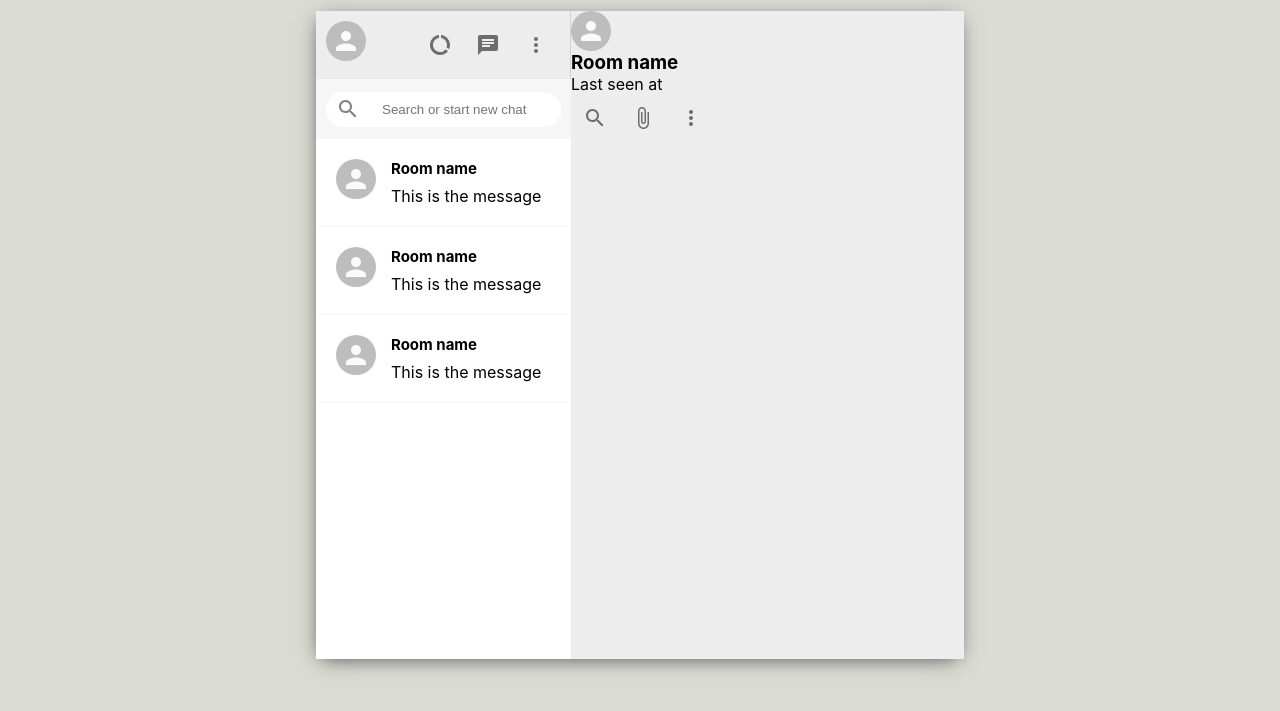
Repository: SayedJamil/WhatsappClone
Page: /
These files come from the project's save history. The page is drawn as it stood at one moment and after a run of saves; the edit follows.
The browser window is 1280 px wide. The pictures show the whole page.
The project was rebuilt for these pictures with package versions that can differ from the ones it lists, and the page was loaded fresh each time.

Above is the page before, as saved 2021-06-23 12:11:56.

After the next 6 saves:
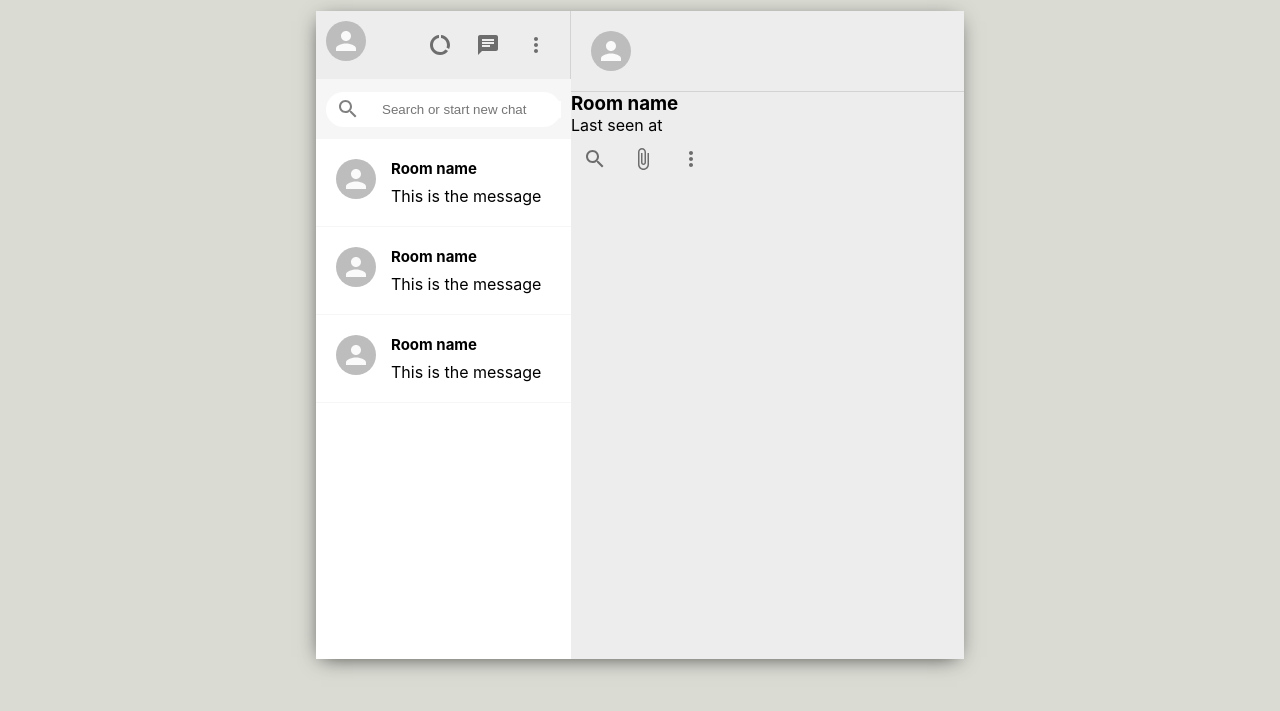
The 6 saves are shown as one change because they came seconds apart.
The last was saved 16 s later.
--- a/src/Chat.css
+++ b/src/Chat.css
@@ -7,7 +7,8 @@
 .chat_header{
 display: flex;
 align-items: center;
-border-bottom: ;
+border-bottom: 1px solid lightgray;
+padding: 20px;
 }
 
 .chat_info{
